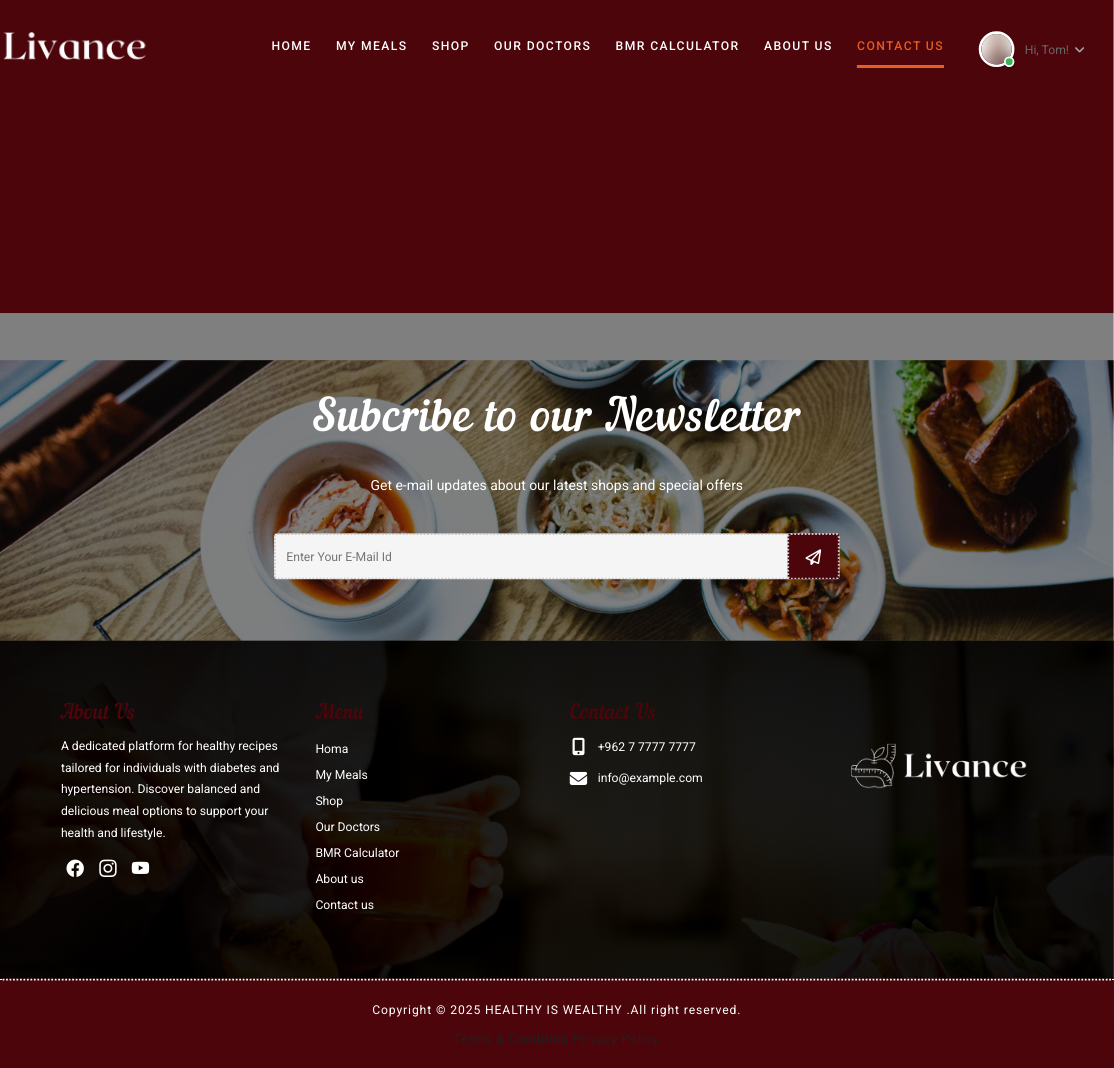
Repository: Surahailat/masterpiece
Page: masterpiece-p1/Payment .html
These files come from the project's save history. The page is drawn as it stood at one moment and after the next save; the edit follows.
The browser window is 1280 px wide. The pictures show the whole page, at 87% of full size.
Backgrounds fixed to the window are drawn as part of the page. Some web fonts or font styles are not loaded; a fallback is used. Some web libraries are served in a nearby version.

Above is the page before, as saved 2025-02-08 17:32:21.

After the next save:
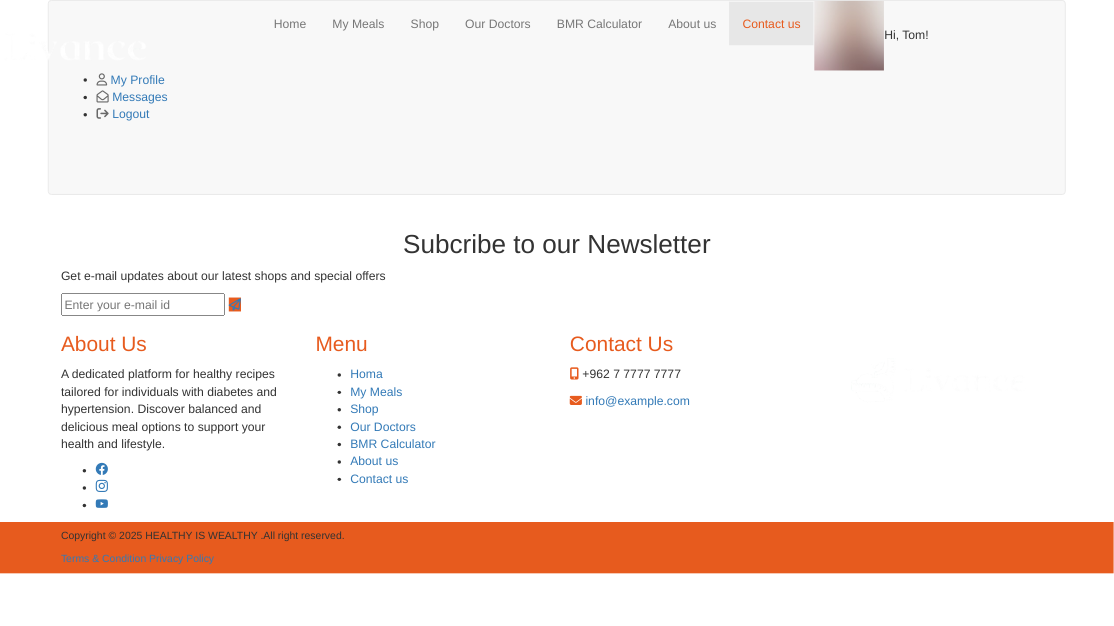
Saved 18 s later.
--- a/masterpiece-p1/Payment .html
+++ b/masterpiece-p1/Payment .html
@@ -23,7 +23,7 @@
     <link rel="stylesheet" href="css/bootstrap.min.css">
     <link rel="stylesheet" href="https://cdn.jsdelivr.net/npm/bootstrap-icons@1.3.0/font/bootstrap-icons.css">
     <!-- Site CSS -->
-    <link rel="stylesheet" href="css/subsecribe.css">
+    <link rel="stylesheet" href="css/Payment .css">
     <!-- Responsive CSS -->
     <link rel="stylesheet" href="css/responsive.css">
     <!-- color -->
